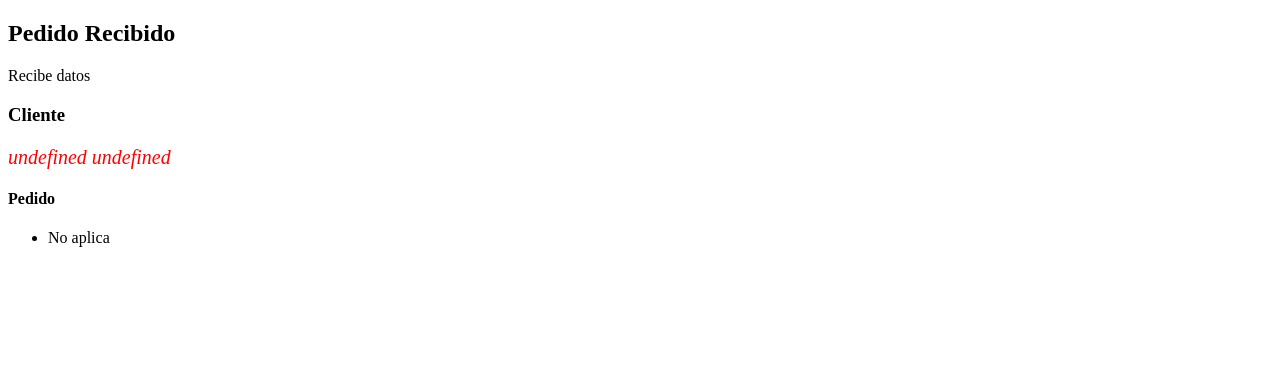
Repository: UVMCoyoacan/VEFY
Page: recibedatos.html
The author's editor kept a copy of each file at every save. The page is drawn from the files as they stood at one save, then again after the next save.
The browser window is 1280 px wide. The pictures show the whole page.

Above is the page before, as saved 2024-03-01 11:27:24.
Console error: ReferenceError: ad1 is not defined

### recibedatos.html
<!DOCTYPE html>
<html>
	<head>
		<script type="text/javascript">
			function getUrlVars() { //SOLO CON GET//
			var vars = {};
			//AGARRA LA URL//
			var parts = window.location.href.replace(/[?&]+([^=&]+)=([^&]*)/gi,
				function (m, key, value) {
					if (vars[key]) {
						vars[key].push(value);
					} else {
						vars[key] = [value];
					}
				});
			console.log(vars);
			return vars;
		}

				var nombre = getUrlVars()["fname"];
				var apellido= getUrlVars()["lname"];
				var ops=0;
				var servicios=getUrlVars()["servicios"];

				alert("chk= " +ops+": "+ ad1);
		</script>
		<meta charset="utf-8" />
	</head>
<body>

<h2>Pedido Recibido</h2>

<p>Recibe datos</p>

<h3> Cliente</h3>
<p id="Nombre">    </p>

<h4>Pedido</h4>
<p id="detalle">   </p>

<script>
	var pnom=document.getElementById("Nombre");
	var dclient=document.getElementById("detalle");
	pnom.innerHTML="<i>" + nombre + " " + apellido +"</i>";
	pnom.style="color:red;font-size:20px";

	const lista = document.createElement("ul");

		if (servicios) {
			servicios = servicios.map(decodeURIComponent);

			for (i = 0; i < servicios.length; i++) {
				const elemento = document.createElement("li");
				let txt = null;
				switch (servicios[i]) {
					case "servicio1":
						txt = document.createTextNode("Desarrollo de sitio webs personalizados.");
						break;
					case "servicio2":
						txt = document.createTextNode("Diseño web responsivo y adaptativo.");
						break;
					case "servicio3":
						txt = document.createTextNode("Optimización para motores de búsqueda (CEO).");
						break;
					case "servicio4":
						txt = document.createTextNode("Integración de sistemas de gestión de contenido (CMS).");
						break;
					case "servicio5":
						txt = document.createTextNode("Desarrollo de tiendas en línea (e-commerce).");
						break;
					case "servicio6":
						txt = document.createTextNode("Migración y actualización de sitios web existentes.");
						break;
					case "servicio7":
						txt = document.createTextNode("Matenimiento y soporte técnico contínuo.");
						break;
					case "servicio8":
						txt = document.createTextNode("Implementación y configuración de equipos de red Cisco, como Routers y Switches.");
						break;
					case "servicio9":
						txt = document.createTextNode("Diseño de redes seguras.");
						break;
				}
				if (txt) {
					elemento.appendChild(txt);
					lista.appendChild(elemento);
				}
			}
			dclient.appendChild(lista);
		} else {
			dclient.innerHTML += "<ul><li>No aplica</li></ul>";
		}


</script>


</body>
</html>

### estilo.css
h1{
    color: chocolate;
    text-align: center;
    border-style: mix;
}
p{
    text-align: center;
    color:rebeccapurple;
    border-style: dotted;
}

ol{
    text-align: center;
    color:rgb(0, 0, 0);
    border-style: groove;

}

ul{
    text-align: center;
    color: rgb(0, 0, 0);
    border-style: ridge;
}

h2{
    color: rgb(0, 0, 0) ;
    text-align: center;
    border-style: mix;
}

a{
    text-align: center;
}

body{
    background-color: rgb(226, 171, 75);
}

footer{
    color:beige;
    background-color: blueviolet;
}
button {
    border: none;
    color: rgb(47, 191, 59);
    padding: 15px 32px;
    text-align: center;
    text-decoration: none;
    display: inline-block;
    font-size: 16px;
    margin: 4px 2px;
    cursor: pointer;
  }
  div{
    text-align: center;
  }

### estilo1.css
h1{
    color: chocolate;
    text-align: center;
    border-style: mix;
}
p{
    text-align: center;
    color:rgb(0, 0, 0);
    border-style: dotted;
}

ol{
    text-align: center;
    color:rgb(1, 1, 1);
    border-style: groove;

}

ul{
    text-align: center;
    color: rgb(0, 0, 0);
    border-style: ridge;
}

h2{
    color: rgba(58, 221, 93, 0.98) ;
    text-align:center;
    border-style: mix;
}

a{
    text-align: center;
}

body{
    background-color: rgb(104, 163, 209);
}

footer{
    color:beige;
    background-color: blueviolet;
}
button {
    border: none;
    color: rgb(175, 10, 10);
    padding: 15px 32px;
    text-align: center;
    text-decoration: none;
    display: inline-block;
    font-size: 16px;
    margin: 4px 2px;
    cursor: pointer;
  }
  p{
    text-align: center;
  }

### estilo2.css
h1{
    color: chocolate;
    text-align: center;
    border-style: mix;
}
p{
    text-align: center;
    color:rebeccapurple;
    border-style: dotted;
}

ol{
    text-align: center;
    color:rgb(0, 0, 0);
    border-style: groove;

}

ul{
    text-align: center;
    color: rgb(223, 115, 225);
    border-style: ridge;
}

h2{
    color: rgb(149, 204, 62) ;
    text-align: center;
    border-style: mix;
}

a{
    text-align: center;
}

body{
    background-color: rgb(224, 255, 255);
}

footer{
    color:beige;
    background-color: blueviolet;
}
button {
    border: none;
    color: rgb(32, 202, 69);
    padding: 15px 32px;
    text-align: center;
    text-decoration: none;
    display: inline-block;
    font-size: 16px;
    margin: 4px 2px;
    cursor: pointer;
  }
  div{
    text-align: center;
  }

### estilo3.css
h1{
    color: chocolate;
    text-align: center;
    border-style: mix;
}
p{
    text-align: center;
    color:rebeccapurple;
    border-style: dotted;
}

ol{
    text-align: center;
    color:rgb(20, 24, 25);
    border-style: groove;

}

ul{
    text-align: center;
    color: rgb(233, 104, 130);
    border-style: ridge;
}

h2{
    color: rgb(215, 121, 229) ;
    text-align: center;
    border-style: mix;
}

a{
    text-align: center;
}

body{
    background-color: rgb(224, 255, 255);
}

footer{
    color:beige;
    background-color: blueviolet;
}
button {
    border: none;
    color: rgb(157, 58, 184);
    padding: 15px 32px;
    text-align: center;
    text-decoration: none;
    display: inline-block;
    font-size: 16px;
    margin: 4px 2px;
    cursor: pointer;
  }
  div{
    text-align: center;
  }

### estilo4.css
h1{

    color: rgb(0, 0, 0);

    color: black;

    text-align: center;
    font-size:larger;
    margin: auto;
    width: 50%;
    border: 3px solid rgb(141, 172, 132);
    border-style:solid;
    padding: 10px;

}
p{
    color: rgba(21, 21, 21, 0.781);
    text-align:justify;
    font-size:x-large;
    margin: auto;
    width: 50%;
    border: 3px solid rgb(120, 168, 26);
    border-style:solid;
    padding: 10px;
}
li{
    color: rgb(0, 0, 0);
    text-align:justify;
    font-size:medium;
}


ul{
    color: rgba(21, 21, 21, 0.781);
    text-align:center;
    font-size:large;
    margin: auto;
    width: 50%;
    border: 3px solid rgb(216, 152, 152);
    border-style:solid;
    padding: 10px;
}
body{
    background-color: rgb(166, 170, 228);

}


h2{
    color: rgb(2, 2, 2);
    text-align: center;
    font-size:x-large;
    margin: auto;
    width: 50%;
    border: 3px solid rgb(123, 123, 123);
    border-style:solid;
    padding: 10px;
}
img{
    display: block;
    width: 20%;
    margin: auto;
}
footer{
    color: rgb(60, 28, 167);
    background-color: rgb(210, 204, 25);
}
button {
    border: none;
    color: rgb(226, 226, 47);
    padding: 15px 32px;
    text-align: center;
    text-decoration: none;
    display: inline-block;
    font-size: 16px;
    margin: 4px 2px;
    cursor: pointer;
  }
  div{
    text-align: center;
  }

After the next save:
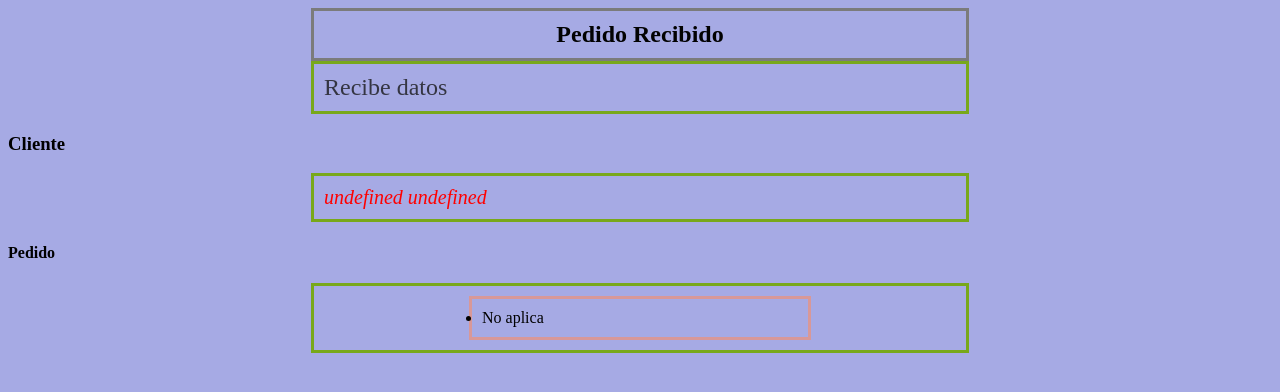
Saved 2 s later.
--- a/recibedatos.html
+++ b/recibedatos.html
@@ -1,6 +1,11 @@
 <!DOCTYPE html>
 <html>
 	<head>
+		<link rel="stylesheet" href="estilo.css"/>
+        <link rel="stylesheet" href="estilo1.css"/>
+        <link rel="stylesheet" href="estilo2.css"/>
+        <link rel="stylesheet" href="estilo3.css"/>
+        <link rel="stylesheet" href="estilo4.css"/>
 		<script type="text/javascript">
 			function getUrlVars() { //SOLO CON GET//
 			var vars = {};
